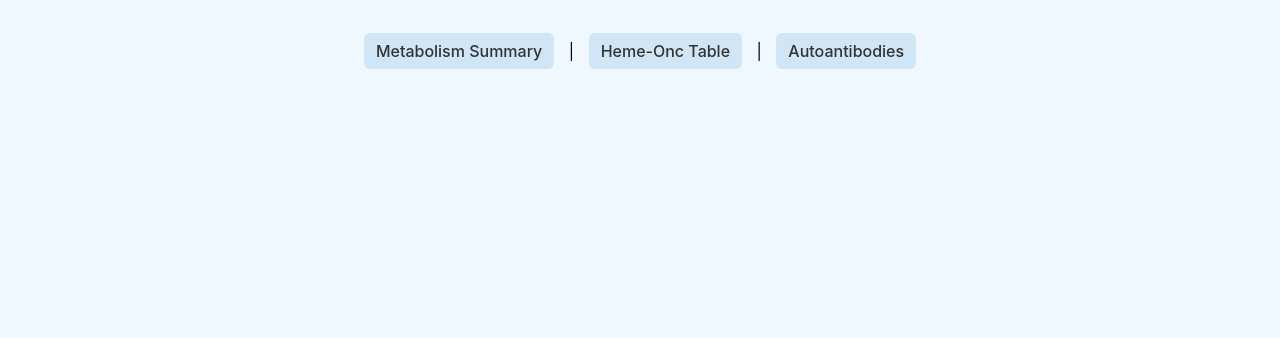
Repository: sharperdragon/STEVEL-1-Summaries
Page: index.html
An editor plug-in stored every save of this project. The page is shown before and after the next save, followed by the edit.
The browser window is 1280 px wide. The pictures show the whole page.

Above is the page before, as saved 2025-05-19 13:05:20.

After the next save:
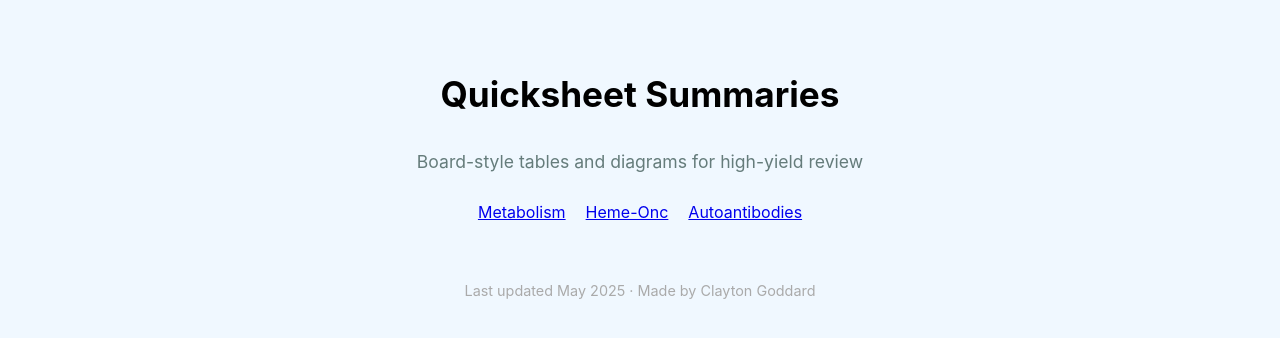
Saved 112 s later.
--- a/index.html
+++ b/index.html
@@ -8,12 +8,21 @@
     <link rel="icon" href="/STEVEL-1-Summaries/subdex/metabolism.html">
 </head>
 <body>
-<!-- Add this somewhere in the body, like above your first table -->
-<nav style="margin: 20px 0; text-align: center;">
-  <a href="subdex/metabolism.html" class="nav-link">Metabolism Summary</a> |
-  <a href="subdex/hemeonc.html" class="nav-link">Heme-Onc Table</a> |
-  <a href="subdex/autoantibodies.html" class="nav-link">Autoantibodies</a>
-</nav>
+
+<header style="text-align: center; margin-top: 40px;">
+  <h1 style="font-size: 2.2em; color: var(--text-h1);">Quicksheet Summaries</h1>
+  <p style="color: #657c7b; font-size: 1.1em;">Board-style tables and diagrams for high-yield review</p>
+</header>
+
+<section style="display: flex; flex-wrap: wrap; justify-content: center; margin-top: 30px; gap: 20px;">
+  <a href="subdex/metabolism.html" class="summary-card">Metabolism</a>
+  <a href="subdex/hemeonc.html" class="summary-card">Heme-Onc</a>
+  <a href="subdex/autoantibodies.html" class="summary-card">Autoantibodies</a>
+</section>
 
 
 </body>
+
+<footer style="text-align: center; margin-top: 60px; font-size: 0.9em; color: #aaa;">
+  Last updated May 2025 · Made by Clayton Goddard
+</footer>
